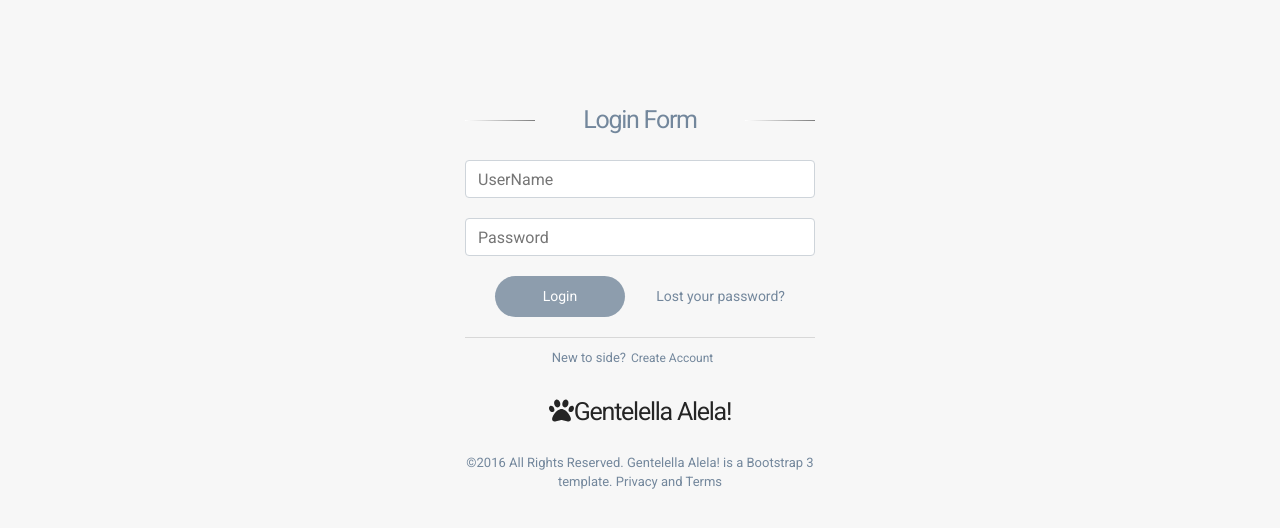
Repository: kuluong2000/doctorcare-admin
Page: /quan-tri/login
An editor plug-in stored every save of this project. The page is shown before and after the next save, followed by the edit.
The browser window is 1280 px wide. The pictures show the whole page.
The project was rebuilt for these pictures with package versions that can differ from the ones it lists, and the page was loaded fresh each time. Also part of the build but not shown: src/components/Layout/defaultLayout/defaultLayout.module.scss, src/components/Layout/SideBar/sidebar.module.scss, src/components/Layout/SideBar/SidebarItem.jsx, src/components/Layout/SideBar/SideMenu.jsx, src/components/Layout/SideBar/SideBar.jsx, src/redux/action.js, src/components/Layout/Popper/popper.module.scss, src/components/Layout/Popper/Wrapper.js and 11 more.

Above is the page before, as saved 2022-10-12 07:57:37.

### src/index.js
import React from "react";
import ReactDOM from "react-dom/client";
import { BrowserRouter } from "react-router-dom";
import App from "./App";

//redux
import thunk from "redux-thunk";
import { createStore, applyMiddleware, compose } from "redux";
import { Provider } from "react-redux";
import reducers from "./redux/store";

const composeEnhancers = window.__REDUX_DEVTOOLS_EXTENSION_COMPOSE__ || compose;
const store = createStore(reducers, composeEnhancers(applyMiddleware(thunk)));
const root = ReactDOM.createRoot(document.getElementById("root"));
root.render(
  <Provider store={store}>
    <React.StrictMode>
      <BrowserRouter>
        <App />
      </BrowserRouter>
    </React.StrictMode>
  </Provider>
);

### src/App.js
import React, { useEffect, useState } from "react";
import { Route, Routes } from "react-router-dom";
import DefaultLayout from "./components/Layout/defaultLayout/DefaultLayout";
import OnlyContent from "./components/Layout/OnlyContent/OnlyContent";
import routerPublic from "./router/routes";
import Loading from "./components/Loading/Loading";
import Home from "./components/Page/Home/Home";
// import lib bootstrap css
import "bootstrap/dist/css/bootstrap.min.css";
//import css

import "./assets/css/globalStyle.scss";
function App() {
  const [show, setShow] = useState(false);
  useEffect(() => {
    setTimeout(() => {
      setShow(true);
    }, 1000);
    return () => {
      setShow(false);
    };
  }, []);

  return (
    <div className="App">
      <React.Suspense fallback={show && <Loading classes={"dashed-loading"} />}>
        <Routes>
          {routerPublic.map((route, idx) => {
            let Page;
            let Layout = DefaultLayout;
            if (route.layout === "defaultLayout") {
              Page = Home;
            }
            if (route.layout === null) {
              Page = route.component;
            }
            if (route.layout === "onlyContent") {
              Layout = OnlyContent;
              Page = route.component;
            }
            return (
              <Route
                key={idx}
                path={route.path}
                element={
                  <Layout>
                    <Page></Page>
                  </Layout>
                }
              ></Route>
            );
          })}
        </Routes>
      </React.Suspense>
    </div>
  );
}

export default App;

### src/redux/store.js
import { combineReducers } from "redux";
import { sidebarToggle } from "./reducer/toggleSidebar";
import { modal } from "./reducer/modal";
export default combineReducers({
  sidebarToggle: sidebarToggle,
  modal: modal,
});

### src/components/Layout/OnlyContent/OnlyContent.jsx
import React from "react";
import classNames from "classnames/bind";

//import css

import styles from "./onlyContent.module.scss";

const cx = classNames.bind(styles);
export default function OnlyContent({ children }) {
  return <div className={cx("container")}>{children}</div>;
}

### src/router/routes.jsx
import React from "react";
const DefaultLayout = React.lazy(() => import("../components/Layout/defaultLayout/DefaultLayout"));
const Login = React.lazy(() => import("../components/Layout/Authen/Login"));
const Register = React.lazy(() => import("../components/Layout/Authen/Register"));
const Home = React.lazy(() => import("../components/Page/Home/Home"));
const Doctor = React.lazy(() => import("../components/Page/Doctor/Doctor"));

const ErrorPage = React.lazy(() => {
  return new Promise((resolve) => {
    setTimeout(() => resolve(import("../components/Page/ErrorPage/ErrorPage")), 300);
  });
});
const routerPublic = [
  {
    path: "/quan-tri",

    component: DefaultLayout,
    layout: "defaultLayout",
  },
  {
    path: "/home",
    component: Home,
    layout: null,
  },
  {
    path: "/quan-tri/quan-ly-bac-si",
    component: Doctor,
    layout: null,
  },

  {
    path: "/quan-tri/login",
    component: Login,
    layout: "onlyContent",
  },
  {
    path: "/quan-tri/register",
    component: Register,
    layout: "onlyContent",
  },
  {
    path: "*",
    component: ErrorPage,
    layout: null,
  },
];

export default routerPublic;

### src/assets/css/globalStyle.scss
@import url("https://fonts.googleapis.com/css2?family=Poppins:ital,wght@0,300;0,400;0,500;0,600;0,700;1,300;1,400;1,500;1,600;1,700&family=Roboto:wght@300;400;500;700&display=swap");
* {
  margin: 0;
  padding: 0;
  box-sizing: border-box;
}
:root {
  //color
  --text-color: #4a4a4a;
  --color-green: #1dcbb6;
  --color-blue: #2320d4;
  --color-white: #fff;
  --color-dark-blue: #111c63;
  --color-gray: #999;

  //font
  --primary-font: Poppins, sans-serif;
  --font-awesome: FontAwesome;
}
body {
  font-size: 14px;
  font-family: "Roboto", sans-serif;
  font-weight: 400;
  color: #212529;
}
p,
h2 {
  padding: 0;
  margin: 0;
}
button,
input {
  outline: none;
  border: none;
}
dl,
ol,
ul {
  margin: 0;
  padding: 0;
}
a {
  text-decoration: none;
  color: inherit;
}

### src/redux/reducer/toggleSidebar.js
import * as actionType from "../actionType";

const initialState = {
  classes: "",
  loading: false,
};

export function sidebarToggle(state = initialState, action) {
  switch (action.type) {
    case actionType.SHOW_SIDEBAR:
      return {
        ...state,
        classes: action.payload,
      };
    case actionType.HIDE_SIDEBAR:
      return {
        ...state,
        classes: action.payload,
      };
    default:
      return state;
  }
}

### src/redux/reducer/modal.js
import * as actionType from "../actionType";
const initialState = {
  modal: { show: false },
  comp: [],
};

export function modal(state = initialState, action) {
  switch (action.type) {
    case actionType.OPEN_MODAL:
      return {
        ...state,
        modal: { show: true },
        comp: action.payload,
      };
    case actionType.CLOSE_MODAL:
      return {
        ...state,
        modal: { show: false },
      };
    default:
      return state;
  }
}

### src/components/Layout/OnlyContent/onlyContent.module.scss
.container {
    width: 100%;
    height: 100%;
}

### src/components/Layout/Authen/Login.jsx
import React from "react";
import classNames from "classnames/bind";
import { FontAwesomeIcon } from "@fortawesome/react-fontawesome";
import { faPaw } from "@fortawesome/free-solid-svg-icons";
import { Link } from "react-router-dom";
//import css
import styles from "./authen.module.scss";
const cx = classNames.bind(styles);
export default function Login() {
  return (
    <div className={cx("wrapper")}>
      <form className={cx("form")}>
        <h1 className={cx("form-title")}>Login Form</h1>
        <div>
          <input type="text" placeholder="UserName" className={cx("form-control")} />
        </div>

        <div>
          <input type="password" placeholder="Password" className={cx("form-control")} required />
        </div>
        <div className={cx("form-action")}>
          <Link to="/" className={cx("form-btn", "form-btn__signin")}>
            Login
          </Link>
          <p>Lost your password?</p>
        </div>
        <div className={cx("form-separator")}>
          <div className={cx("form-change-link")}>
            New to side?
            <Link to={"/register"}>Create Account</Link>
          </div>
        </div>
        <div className={cx("form-info")}>
          <h1 className={cx("form-branch")}>
            <FontAwesomeIcon icon={faPaw}></FontAwesomeIcon>
            Gentelella Alela!
          </h1>
          <p className={cx("form-desc")}>©2016 All Rights Reserved. Gentelella Alela! is a Bootstrap 3 template. Privacy and Terms</p>
        </div>
      </form>
    </div>
  );
}

### src/components/Loading/loading.module.scss
:root {
    --blue: #8be9fd;
    --purple: #bd93f9;
}
.wrapper {
    width: 100%;
    height: 100vh;
    display: flex !important;
    align-items: center;
    justify-content: center;
    // background-color: rgb(40, 20, 20, 0.8);
    background-color: transparent;
}
// #######################################################
// dashed-loading
// #########################################
.dashed-loading {
    position: relative;
    height: 50px;
}
.dashed-loading:after,
.dashed-loading:before {
    content: "";
    position: absolute;
    top: 0;
    left: 0;
    border-radius: 50%;
    width: 50px;
    height: 50px;
}
.dashed-loading:before {
    z-index: 5;
    border: 3px dashed var(--blue);
    border-left: 3px solid transparent;
    border-bottom: 3px solid transparent;
    -webkit-animation: dashed 1s linear infinite;
    animation: dashed 1s linear infinite;
}
.dashed-loading:after {
    z-index: 10;
    border: 3px solid var(--blue);
    border-left: 3px solid transparent;
    border-bottom: 3px solid transparent;
    -webkit-animation: dashed 1s ease infinite;
    animation: dashed 1s ease infinite;
}
@keyframes dashed {
    to {
        transform: rotate(360deg);
    }
}

// #######################################################
// circle-loading
// #########################################
.circle-loading2 {
    display: inline-flex;
    animation: loading2 1s infinite;
    div {
        width: 30px;
        height: 30px;
        border: 2px solid var(--purple);
        border-radius: 50%;
        margin: 0 5px;
    }
}
@keyframes loading2 {
    50% {
        transform: rotate(200deg);
    }
    75% {
        transform: rotate(160deg);
    }
    100% {
        transform: rotate(180deg);
    }
}

### src/redux/actionType.js
export const SHOW_SIDEBAR = "SHOW_SIDEBAR";
export const HIDE_SIDEBAR = "HIDE_SIDEBAR";
export const OPEN_MODAL = "OPEN_MODAL";
export const CLOSE_MODAL = "CLOSE_MODAL";

### src/components/Layout/Authen/authen.module.scss
.wrapper {
    width: 100%;
    height: 100vh;
    display: block;
    background: #f7f7f7;
    text-align: center;
    color: #73879c;
}

.form {
    width: 350px;
    height: max-content;
    display: block;
    margin: 0 auto;
    padding-top: 100px;
    &-title {
        letter-spacing: -0.05em;
        line-height: 20px;
        margin: 10px 0 30px;
        position: relative;
        font-size: 25px;
        color: #73879c;
        font-weight: 400;
        &::before,
        &::after {
            content: "";
            height: 1px;
            position: absolute;
            top: 10px;
            width: 20%;
            background: linear-gradient(to left, #7e7e7e 0%, #fff 100%);
        }
        &::before {
            left: 0;
        }
        &::after {
            right: 0;
        }
    }
    &-control {
        display: block;
        width: 100%;
        height: calc(1.5em + 0.75rem + 2px);
        padding: 0.375rem 0.75rem;
        font-size: 1rem;
        font-weight: 400;
        line-height: 1.5;
        color: #495057;
        background-color: #fff;
        background-clip: padding-box;
        border: 1px solid #ced4da;
        border-radius: 0.25rem;
        transition: border-color 0.15s ease-in-out, box-shadow 0.15s ease-in-out;
        margin-bottom: 20px;
        &:focus {
            background-color: #fff;
            border: 1px solid #a878af;
            outline: none;
        }
    }
    &-action {
        display: flex;
        align-items: center;
        justify-content: space-between;
        padding: 0 30px 0;

        margin-top: 15px;

        span {
            color: #5a738e;
            cursor: pointer;

            &:hover {
                text-decoration: underline;
            }
        }
    }
    &-btn {
        background-color: rgb(115, 135, 156, 0.8);
        outline: none;
        border: none;
        width: 130px;
        padding: 10px 30px;
        color: white;
        border-radius: 9999px;
        cursor: pointer;
        &__signin {
            &:hover {
                color: white;
            }
        }
        &__signup {
            width: 100%;
            &:hover {
                color: white;
            }
        }
    }
    &-separator {
        border-top: 1px solid #d8d8d8;
        margin-top: 20px;
        padding-top: 10px;
    }
    &-change-link {
        font-size: 13px;
        a {
            font-size: 12px;
            margin: 10px 15px 0 5px;
        }
    }
    &-info {
        margin-top: 30px;
    }
    &-branch {
        font-size: 25px;
        letter-spacing: -0.05em;
        line-height: 20px;
        margin: 10px 0 30px;
        font-weight: 400;
    }
    &-desc {
        font-size: 13px;
    }
}

Loaded but not shown: public/index.html (common file)

After the next save:
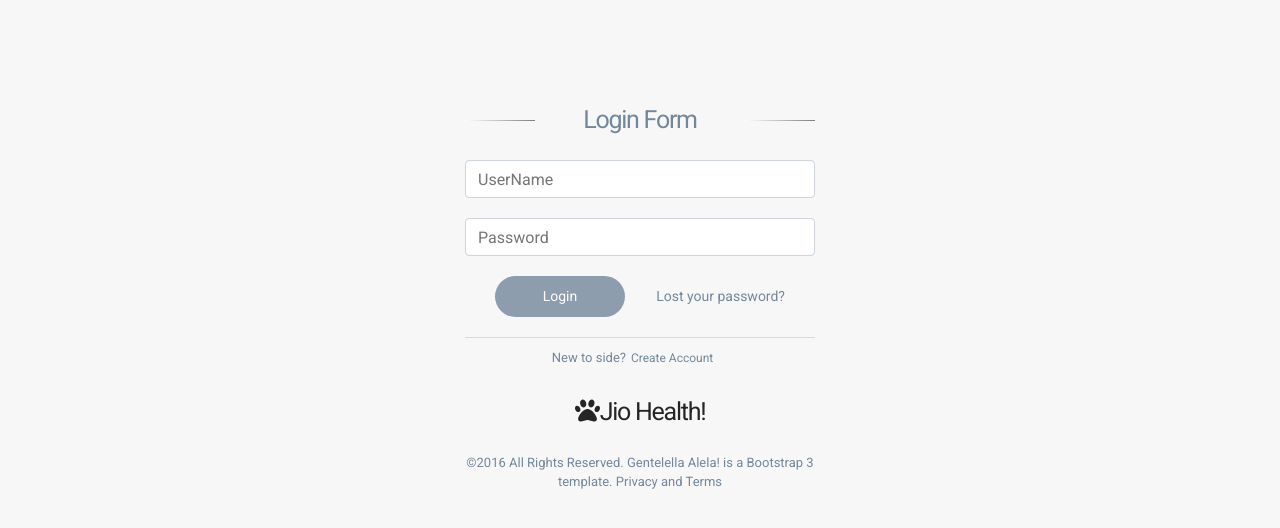
Saved 83 s later.
--- a/src/components/Layout/Authen/Login.jsx
+++ b/src/components/Layout/Authen/Login.jsx
@@ -33,7 +33,7 @@ export default function Login() {
         <div className={cx("form-info")}>
           <h1 className={cx("form-branch")}>
             <FontAwesomeIcon icon={faPaw}></FontAwesomeIcon>
-            Gentelella Alela!
+            Jio Health!
           </h1>
           <p className={cx("form-desc")}>©2016 All Rights Reserved. Gentelella Alela! is a Bootstrap 3 template. Privacy and Terms</p>
         </div>
